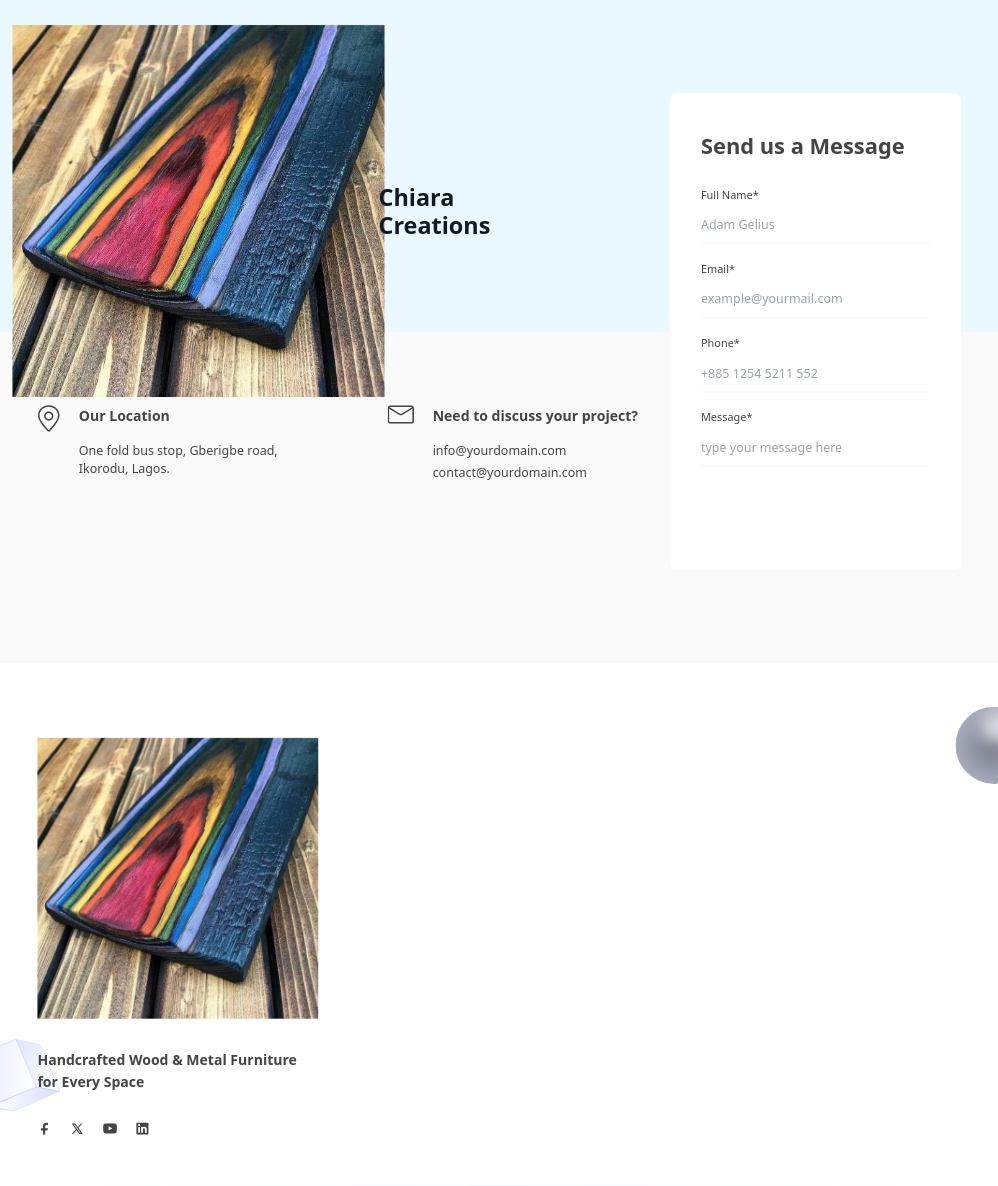
Repository: SuezDevelopment/chiara_creations
Page: /
An editor plug-in stored every save of this project. The page is shown before and after the next save, followed by the edit.
The browser window is 1280 px wide. The pictures show the whole page, at 78% of full size.
The project was rebuilt for these pictures with package versions that can differ from the ones it lists, and the page was loaded fresh each time. The framework's server and built-in components were replaced by stand-ins that run in the browser. Also part of the build but not shown: next.config.mjs.

Above is the page before, as saved 2024-03-07 13:11:38.

After the next save:
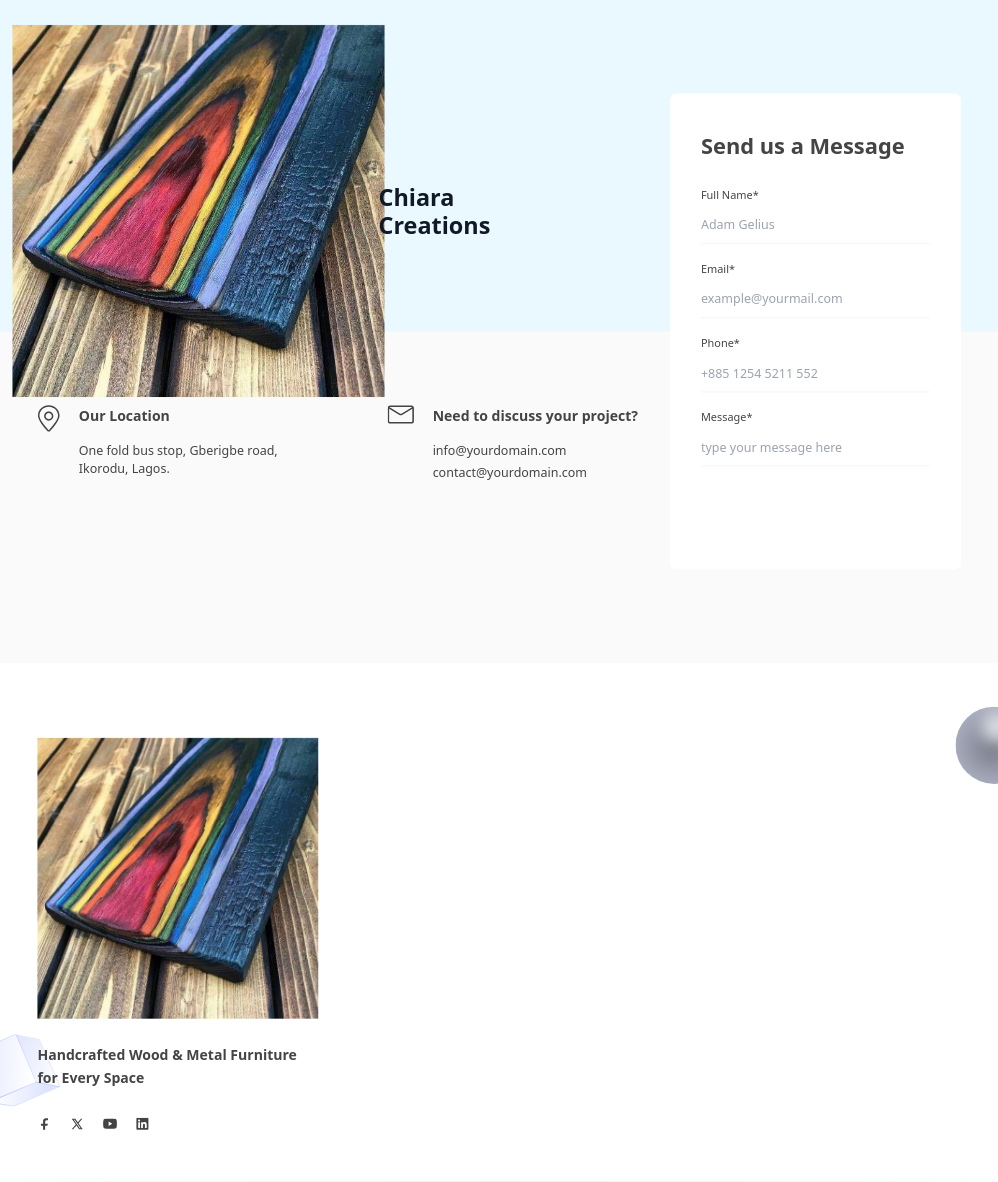
Saved 2 min 19 s later.
--- a/src/components/ui/footer.tsx
+++ b/src/components/ui/footer.tsx
@@ -10,7 +10,7 @@ const Footer = () => {
           <div className="mx-4 flex flex-wrap">
             <div className="w-full px-4 md:w-1/2 lg:w-4/12 xl:w-5/12">
               <div className="mb-5 max-w-[360px] lg:mb-16">
-                <Link href="/" className="mb-8 inline-block">
+                <Link href="/" className="mb-8 flex items-center -space-x-2">
                   <Image
                     src="/images/logo.png"
                     alt="logo"
